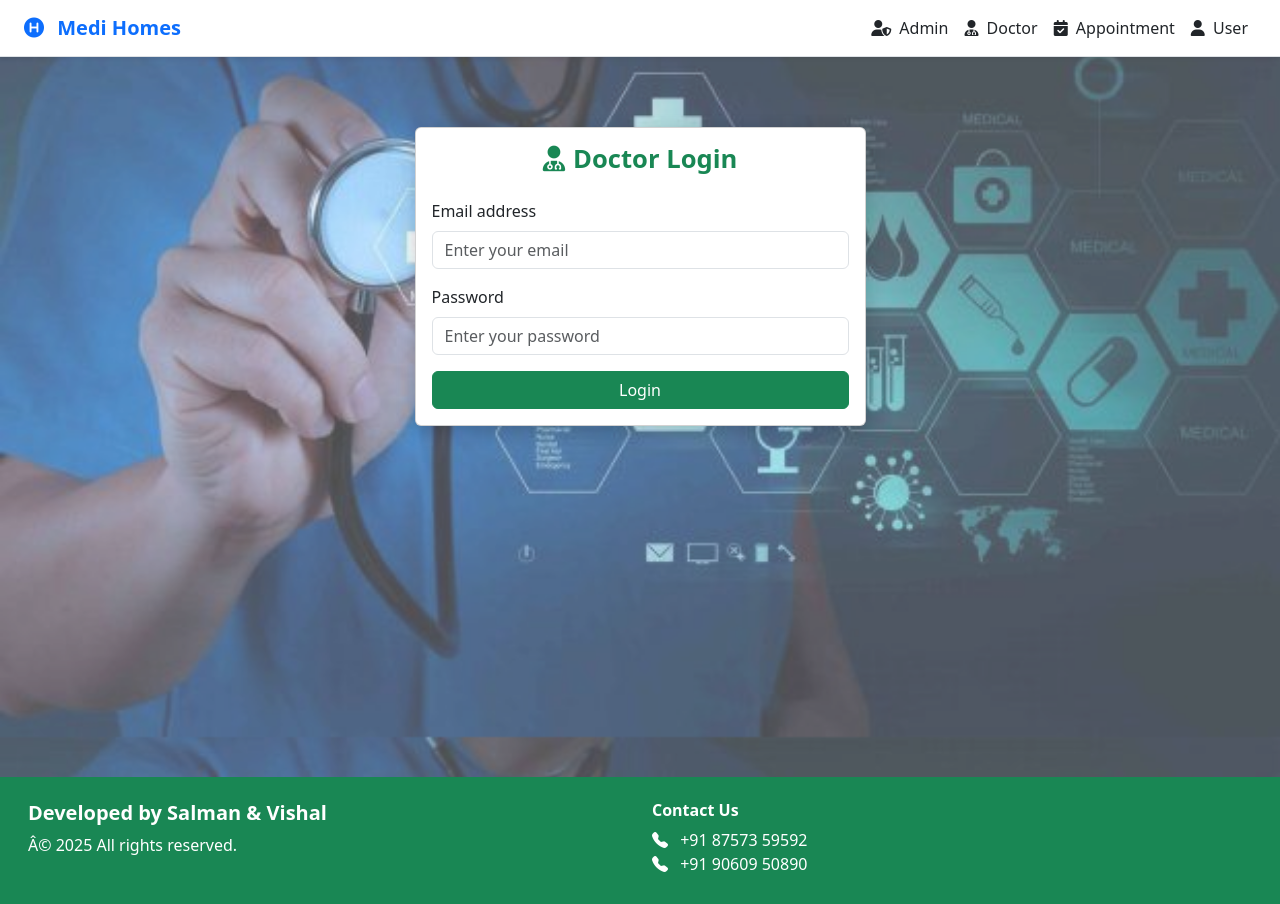
Repository: vishal-java-dev/Hospital_Management_System
Page: http://localhost/Hospital_Management_System/doctor_login.jsp
These files come from the project's save history. The page is drawn as it stood at one moment and after the next save; the edit follows.
The browser window is 1280 px wide. The pictures show the whole page.
Backgrounds fixed to the window are drawn as part of the page. The page is served by Tomcat 10.

Above is the page before, as saved 2025-07-02 01:41:51.

After the next save:
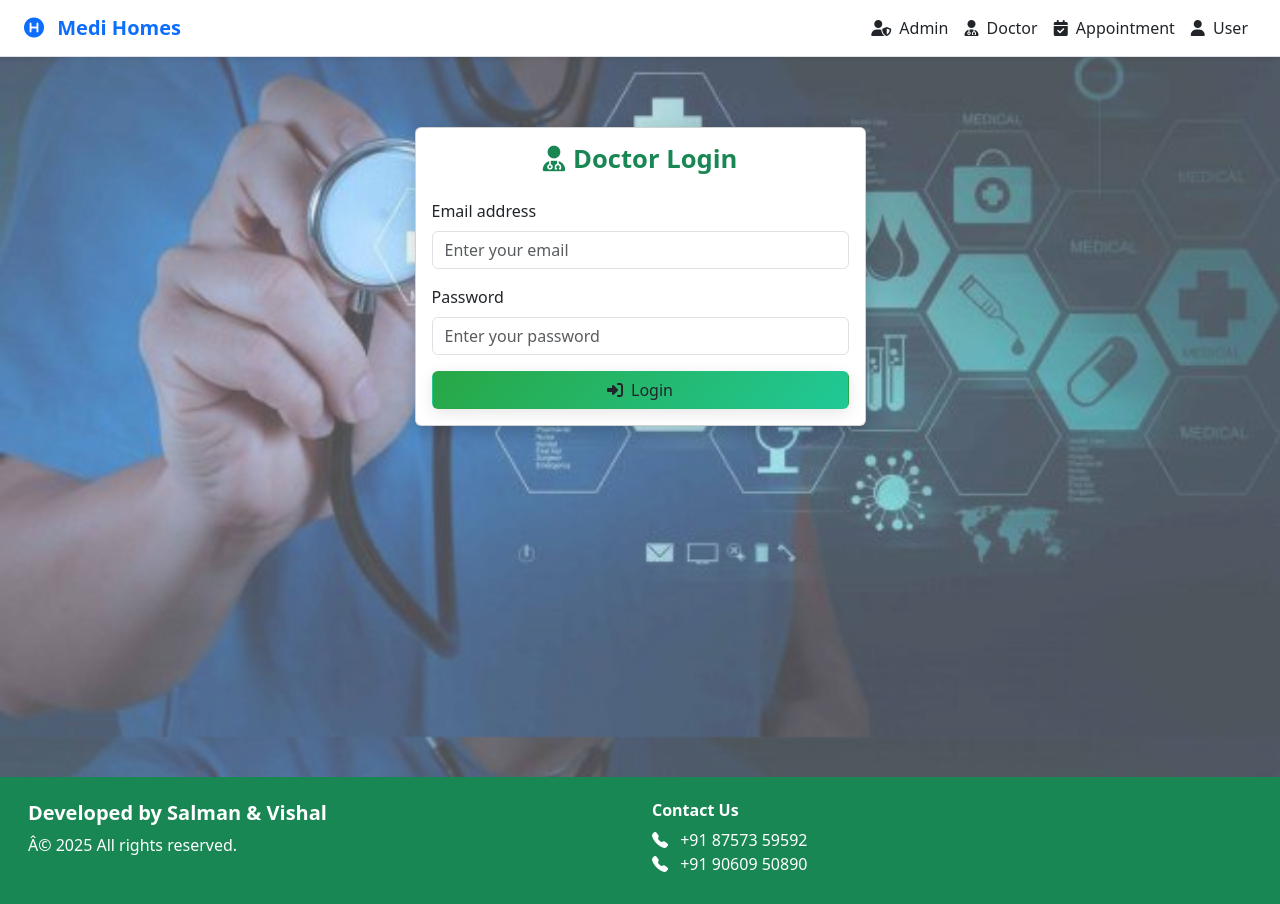
Saved 4 min 36 s later.
--- a/Hospital_Management_System/src/main/webapp/doctor_login.jsp
+++ b/Hospital_Management_System/src/main/webapp/doctor_login.jsp
@@ -35,16 +35,6 @@
       font-weight: 500;
     }
 
-    .btn-success {
-      font-weight: 500;
-      border-radius: 6px;
-      transition: all 0.3s ease;
-    }
-
-    .btn-success:hover {
-      background-color: #218838;
-    }
-
     .form-control {
       border-radius: 6px;
     }
@@ -56,6 +46,24 @@
 
     .message {
       font-size: 1rem;
+    }
+
+    .btn-custom {
+      background: linear-gradient(135deg, #28a745, #20c997);
+      color: white;
+      font-weight: 600;
+      font-size: 1.1rem;
+      padding: 10px 20px;
+      border: none;
+      border-radius: 50px;
+      transition: all 0.3s ease;
+      box-shadow: 0 4px 15px rgba(0, 0, 0, 0.1);
+    }
+
+    .btn-custom:hover {
+      background: linear-gradient(135deg, #20c997, #17a2b8);
+      transform: scale(1.03);
+      box-shadow: 0 6px 20px rgba(0, 0, 0, 0.2);
     }
   </style>
 </head>
@@ -94,7 +102,9 @@
                   <input required name="password" type="password" class="form-control" placeholder="Enter your password">
                 </div>
 
-                <button type="submit" class="btn btn-success w-100">Login</button>
+                <button type="submit" class="btn btn-custom w-100">
+                  <i class="fas fa-sign-in-alt me-2"></i>Login
+                </button>
               </form>
 
             </div>
